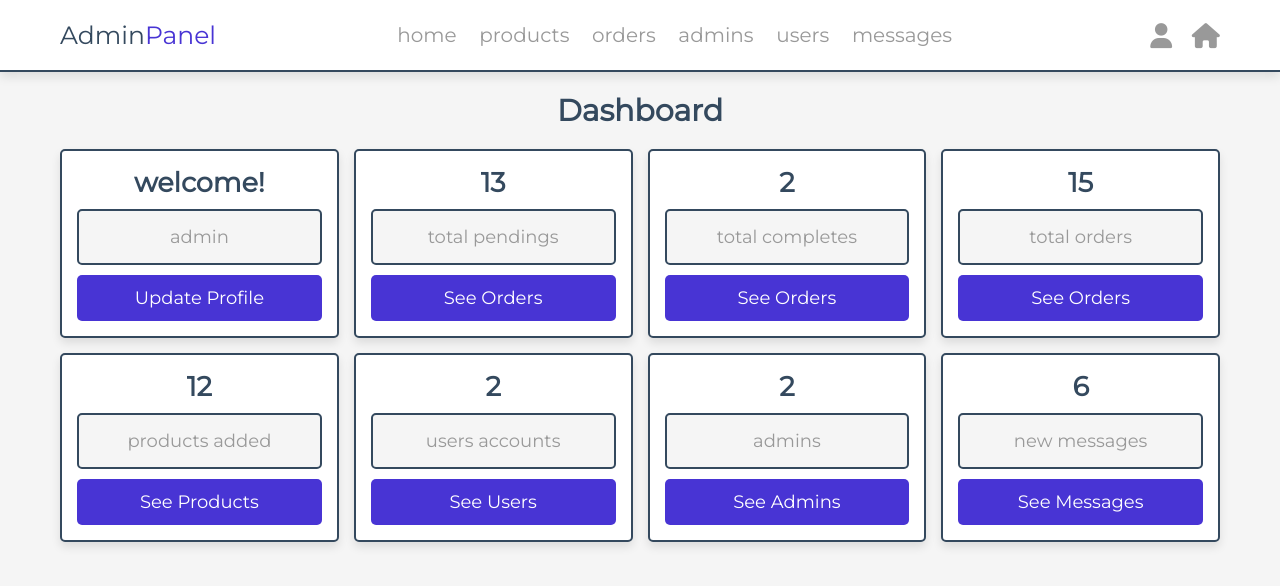
Repository: VuongLinhDinh/jummy_food
Page: http://localhost/admin/dashboard.php
The author's editor kept a copy of each file at every save. The page is drawn from the files as they stood at one save, then again after a run of saves.
The browser window is 1280 px wide. The pictures show the whole page.
Some web libraries are served in a nearby version. The page is run by PHP 8.4 with error messages shown; the project is at /var/www/html/. The session is filled in as if someone had signed in: {"admin_id": 1}. The database holds what the project's SQL file puts in it.

Above is the page before, as saved 2023-11-30 19:44:52.

After the next 2 saves:
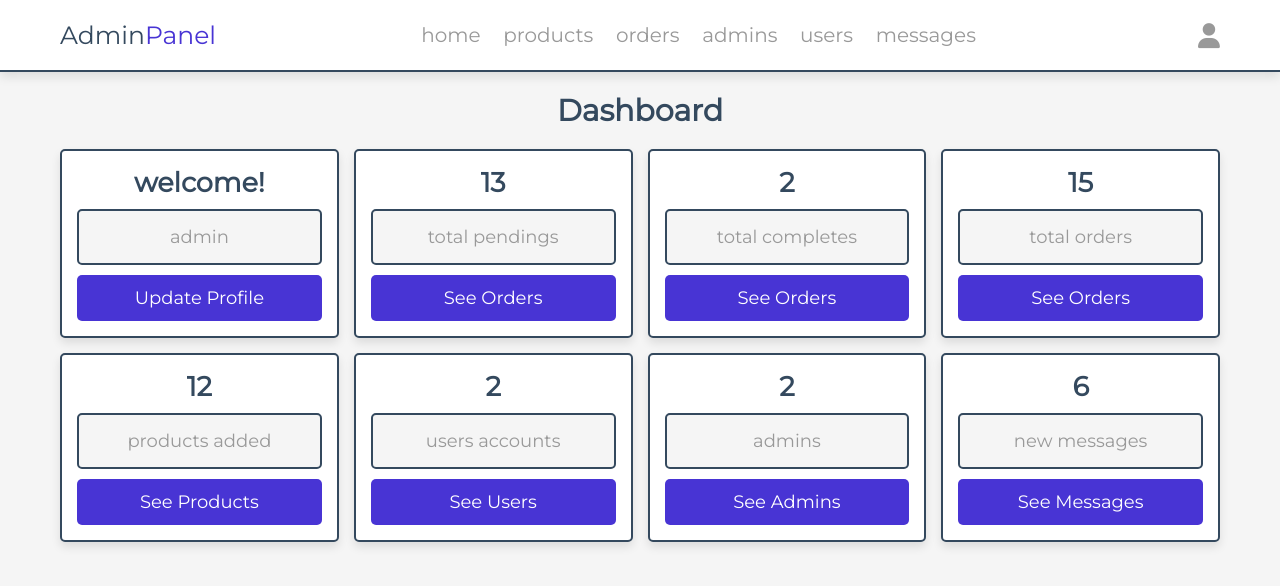
The 2 saves are shown as one change because they came seconds apart.
The last was saved 78 s later.
--- a/components/admin_header.php
+++ b/components/admin_header.php
@@ -29,8 +29,6 @@ if(isset($message)){
       <div class="icons">
          <div id="menu-btn" class="fas fa-bars"></div>
          <div id="user-btn" class="fas fa-user"></div>
-         <a href="home.php" id="back-btn" class="fas fa-home"></a>
-
       </div>
 
       <div class="profile">
